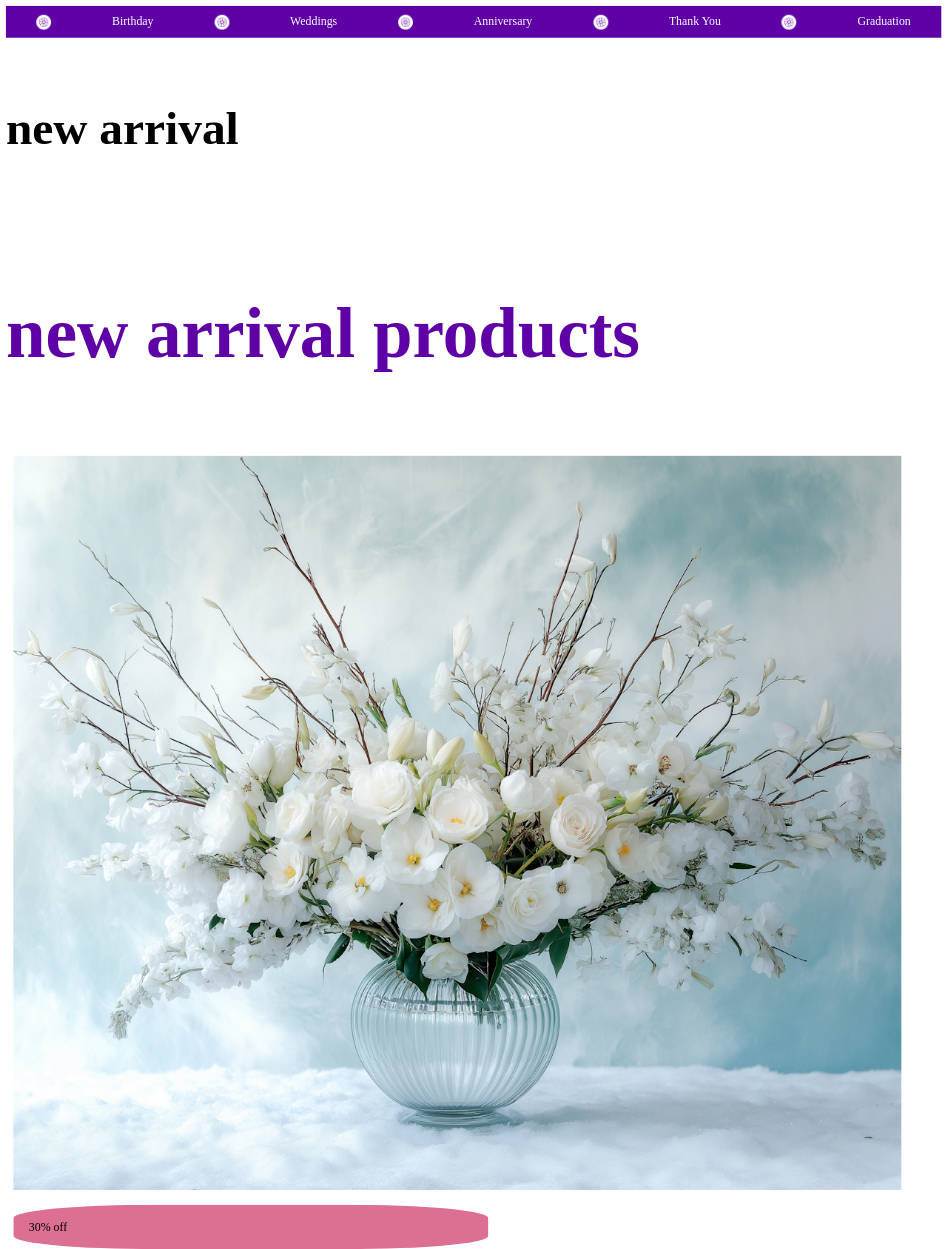
Repository: KolawoleTemilade/classroom-learning
Page: newarrival/index.html
The author's editor kept a copy of each file at every save. The page is drawn from the files as they stood at one save, then again after a run of saves.
The browser window is 1280 px wide. The pictures show the whole page, at 74% of full size.

Above is the page before, as saved 2025-10-01 18:01:09.

### newarrival/index.html
<!DOCTYPE html>
<html lang="en">
  <head>
    <meta charset="UTF-8" />
    <meta name="viewport" content="width=h, initial-scale=1.0" />
    <title>new arrival</title>
    <link rel="stylesheet" href="style.css" />
  </head>
  <body>
    <div class="marq-sect">
      <div class="marque">
        <img
          src="../newarrival/images/icons/marqueflower.png"
          alt="flower-icon"
          width="20"
          height="20"
        />
        <span>birthday</span>
        <img
          src="../newarrival/images/icons/marqueflower.png"
          alt="flower-icon"
          width="20"
          height="20"
        />
        <span>weddings</span>
        <img
          src="../newarrival/images/icons/marqueflower.png"
          alt="flower-icon"
          width="20"
          height="20"
        />
        <span>anniversary</span>
        <img
          src="../newarrival/images/icons/marqueflower.png"
          alt="flower-icon"
          width="20"
          height="20"
        />
        <span>thank you</span>
        <img
          src="../newarrival/images/icons/marqueflower.png"
          alt="flower-icon"
          width="20"
          height="20"
        />
        <span>graduation</span>
      </div>
    </div>
    <div class="new-arrival-sect">
      <h4>new arrival</h4>
      <h2>new arrival <span>products</span></h2>
      <div class="new-arrival-product-card">
        <div class="product-card">
          <div class="img-sect">
            <img src="./images/new-arrival/flower1.png" alt="flower1" />
            <div>
              <p class="slash">30% off</p>
            </div>
          </div>
          <div class="text-sect"></div>
        </div>
      </div>
    </div>
  </body>
</html>

### newarrival/style.css
.marq-sect{
    background-color: #5E00A6;
    height:6vh;
    width: 100%;
    align-content: center;
}
.marque {
    display: flex;
    align-content: center;
    justify-content:space-around ;
}
.marque > span {
    text-transform: capitalize;
    color: white;
}
.new-arrival-sect {
    display: flex;
    flex-direction: column;
    gap: 20px;
}
.new-arrival-sect >h4{
    font-size: 4rem;
}
.new-arrival-sect > h2 {
    font-size: 6rem;
}
.new-arrival-sect > h2 {
    color: #5E00A6;
}
.product-card {
    display: flex;
    padding: 10px;
    background: white;
}
.img-sect {
    position: relative;
}
.slash {
    position: absolute;
    top: left;
    background: palevioletred;
    padding: 20px;
    width: 50%;

    border: 1px solid transparent;
    border-radius: 30%;
}

After the next 3 saves:
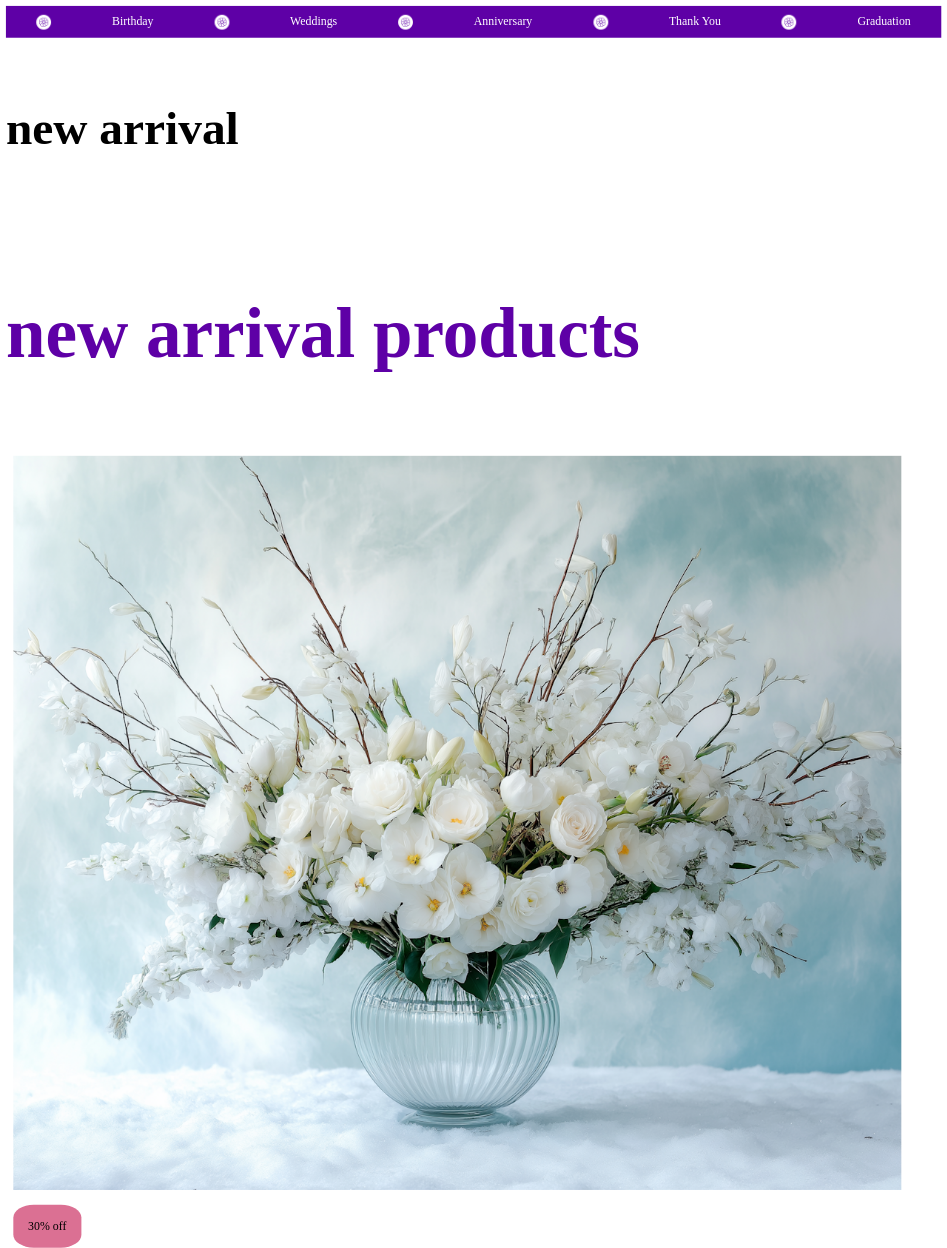
The 3 saves are shown as one change because they came seconds apart.
The last was saved 11 s later.
--- a/newarrival/style.css
+++ b/newarrival/style.css
@@ -40,8 +40,7 @@
     top: left;
     background: palevioletred;
     padding: 20px;
-    width: 50%;
-
+    width: 10%
     border: 1px solid transparent;
     border-radius: 30%;
 }
